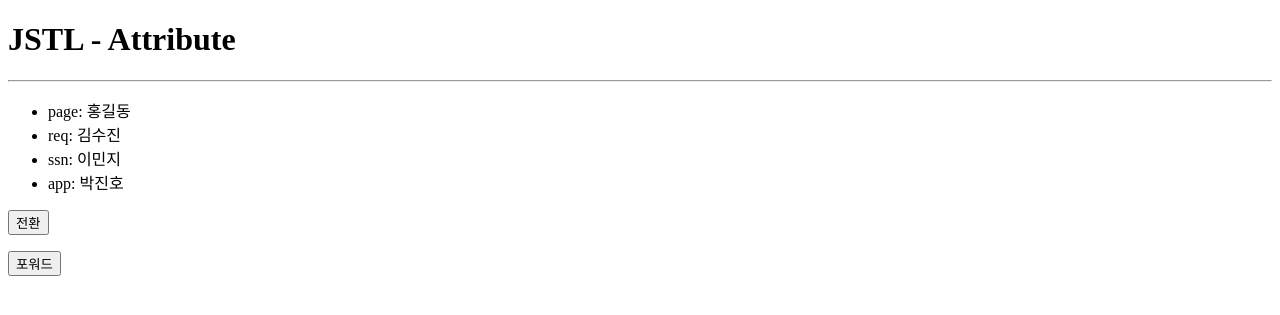
Repository: ChimmyWorld/JSP
Page: http://localhost/Day53/ex07.jsp
The author's editor kept a copy of each file at every save. The page is drawn from the files as they stood at one save, then again after the next save.
The browser window is 1280 px wide. The pictures show the whole page.
The page is served by Tomcat 9.

Above is the page before, as saved 2023-09-22 05:26:17.

After the next save:
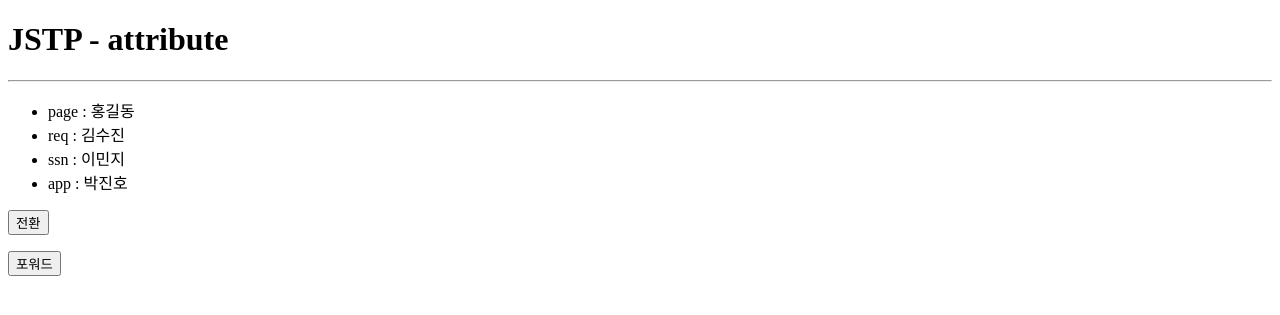
Saved 22 s later.
--- a/Day53/WebContent/ex07.jsp
+++ b/Day53/WebContent/ex07.jsp
@@ -8,32 +8,32 @@
 <title>ex07.jsp</title>
 </head>
 <body>
-	<h1>JSTL - Attribute</h1>
+	<h1>JSTP - attribute</h1>
 	<hr>
 
-	<%-- var: Attribute 이름 --%>
-	<%-- value: 저장할 데이터 --%>
-	<%-- scope: 저장할 영역, page가 기본값 --%>
+	<%-- var : Attirubte 이름 --%>
+	<%-- value : 저장할 데이터 --%>
+	<%-- scope : 저장할 영역. page가 기본값 --%>
 	<c:set var="p1" value="홍길동" scope="page"/>
 	<c:set var="p2" value="김수진" scope="request"/>
 	<c:set var="p3" value="이민지" scope="session"/>
 	<c:set var="p4" value="박진호" scope="application"/>
 
 	<ul>
-		<li>page: ${p1 }</li>
-		<li>req: ${p2 }</li>
-		<li>ssn: ${p3 } </li>
-		<li>app: ${p4 }</li>
+		<li>page : ${p1 }</li>
+		<li>req : ${p2 }</li>
+		<li>ssn : ${p3 }</li>
+		<li>app : ${p4 }</li>
 	</ul>
 
 	<p><a href="ex07_result.jsp"><button>전환</button></a></p>
 
 	<form>
-		<input name="foward" type="hidden" value="yes">
+		<input name="forward" type="hidden" value="yes">
 		<button>포워드</button>
 	</form>
 
-	<c:if test="${not empty param.forward}">
+	<c:if test="${not empty param.forward }">
 		<jsp:forward page="ex07_result.jsp"/>
 	</c:if>
 </body>

After the save that followed:
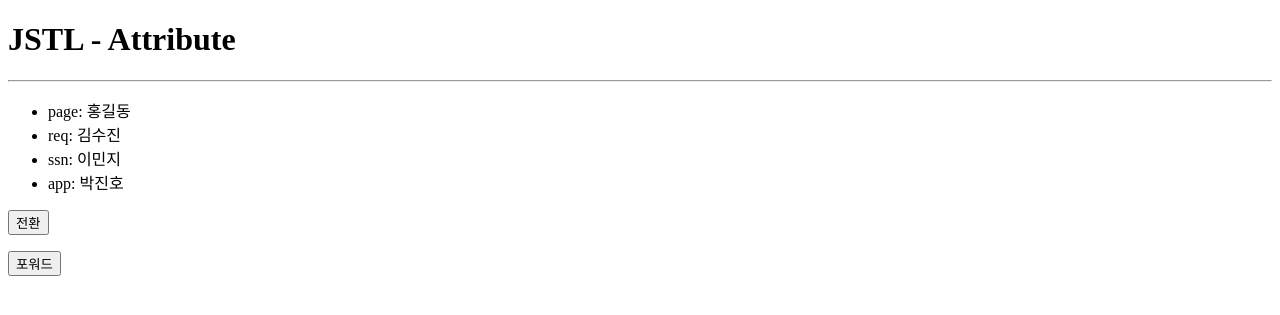
Saved 96 s later.
--- a/Day53/WebContent/ex07.jsp
+++ b/Day53/WebContent/ex07.jsp
@@ -8,32 +8,32 @@
 <title>ex07.jsp</title>
 </head>
 <body>
-	<h1>JSTP - attribute</h1>
+	<h1>JSTL - Attribute</h1>
 	<hr>
 
-	<%-- var : Attirubte 이름 --%>
-	<%-- value : 저장할 데이터 --%>
-	<%-- scope : 저장할 영역. page가 기본값 --%>
+	<%-- var: Attribute 이름 --%>
+	<%-- value: 저장할 데이터 --%>
+	<%-- scope: 저장할 영역, page가 기본값 --%>
 	<c:set var="p1" value="홍길동" scope="page"/>
 	<c:set var="p2" value="김수진" scope="request"/>
 	<c:set var="p3" value="이민지" scope="session"/>
 	<c:set var="p4" value="박진호" scope="application"/>
 
 	<ul>
-		<li>page : ${p1 }</li>
-		<li>req : ${p2 }</li>
-		<li>ssn : ${p3 }</li>
-		<li>app : ${p4 }</li>
+		<li>page: ${p1 }</li>
+		<li>req: ${p2 }</li>
+		<li>ssn: ${p3 } </li>
+		<li>app: ${p4 }</li>
 	</ul>
 
 	<p><a href="ex07_result.jsp"><button>전환</button></a></p>
 
 	<form>
-		<input name="forward" type="hidden" value="yes">
+		<input name="foward" type="hidden" value="yes">
 		<button>포워드</button>
 	</form>
 
-	<c:if test="${not empty param.forward }">
+	<c:if test="${not empty param.forward}">
 		<jsp:forward page="ex07_result.jsp"/>
 	</c:if>
 </body>
